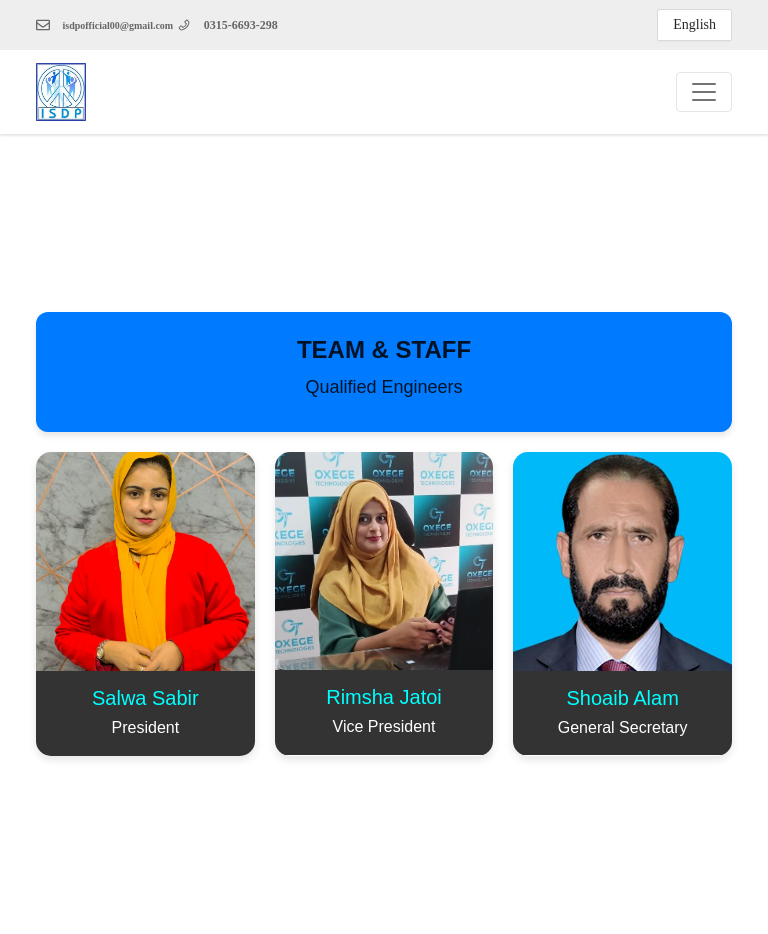
Repository: mfaizanakram8/isdp
Page: team.html
These files come from the project's save history. The page is drawn as it stood at one moment and after the next save; the edit follows.
The browser window is 768 px wide. The pictures show the part of the page from y = 0 to 934 px (the page is 1631 px tall before and 1692 px after).
Pictures or frames that could not be fetched are drawn as grey boxes. Some web fonts or font styles are not loaded; a fallback is used.

Above is the page before, as saved 2025-02-23 00:34:37.

After the next save:
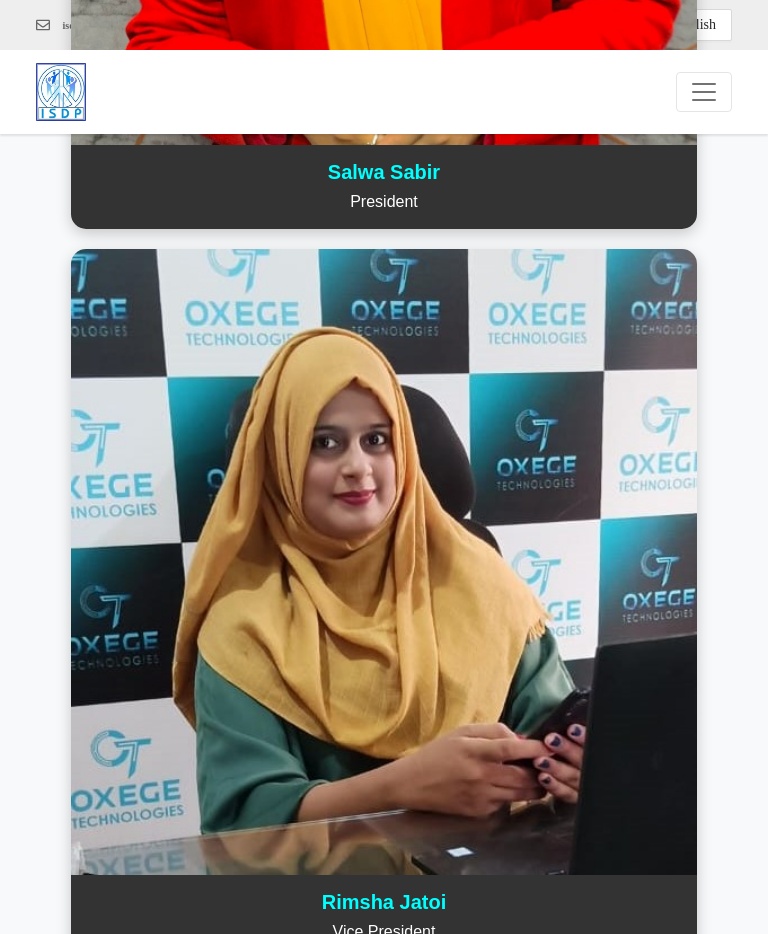
Saved 99 s later.
--- a/team.css
+++ b/team.css
@@ -1,6 +1,6 @@
+/* Global Styles */
 .maincont {
     font-family: Arial, sans-serif;
-
     margin: 0;
     padding: 0;
     display: flex;
@@ -8,39 +8,49 @@
     align-items: center;
     height: 100vh;
     width: 100%;
+    background-color: #f8f9fa; /* Light background */
 }
 
 .container {
     text-align: center;
 }
 
+/* Header */
 .header h1 {
     color: #FFD700; /* Custom yellow color */
     font-size: 24px;
     margin-bottom: 10px;
+    font-weight: bold;
 }
 
 .header h2 {
     color: #000;
     font-size: 40px;
-    font-weight: 600;
+    font-weight: 700;
     margin-top: 0;
 }
 
+/* Team Members Section */
 .team-members {
     display: flex;
     justify-content: center;
     gap: 20px;
+    flex-wrap: wrap; /* Ensures responsiveness */
     margin-top: 20px;
 }
 
 .member {
     position: relative;
-    width: 300px;
+    width: 280px;
     border-radius: 15px;
     overflow: hidden;
-    box-shadow: 0 4px 8px rgba(0, 0, 0, 0.1);
-    transition: transform 0.3s;
+    box-shadow: 0 5px 15px rgba(0, 0, 0, 0.2);
+    transition: transform 0.3s ease-in-out;
+    background: #fff;
+}
+
+.member:hover {
+    transform: scale(1.05);
 }
 
 .member img {
@@ -49,21 +59,28 @@
     display: block;
 }
 
+/* Hover Overlay */
 .overlay {
     position: absolute;
     bottom: 0;
     left: 0;
     right: 0;
-    background: rgba(0, 0, 0, 0.6);
+    background: rgba(0, 0, 0, 0.7);
     height: 0;
-    overflow: hidden;
-    transition: height 0.3s;
+    display: flex;
+    align-items: center;
+    justify-content: center;
+    flex-direction: column;
+    opacity: 0;
+    transition: height 0.4s ease, opacity 0.3s ease-in-out;
 }
 
 .member:hover .overlay {
     height: 100%;
+    opacity: 1;
 }
 
+/* Social Icons */
 .social-icons {
     display: flex;
     justify-content: center;
@@ -74,25 +91,41 @@
 .social-icons a {
     color: #fff;
     font-size: 24px;
-    transition: color 0.3s;
+    transition: transform 0.3s ease, color 0.3s ease;
 }
 
 .social-icons a:hover {
     color: #FFD700; /* Custom yellow color */
+    transform: scale(1.2);
 }
 
+/* Info Section */
 .info {
     background-color: #333;
     color: #fff;
     padding: 15px 0;
+    text-align: center;
 }
 
 .info h3 {
     margin: 0;
     font-size: 20px;
+    font-weight: bold;
 }
 
 .info p {
     margin: 5px 0 0;
     font-size: 16px;
 }
+
+/* Responsive Design */
+@media (max-width: 768px) {
+    .team-members {
+        flex-direction: column;
+        align-items: center;
+    }
+
+    .member {
+        width: 90%;
+    }
+}
